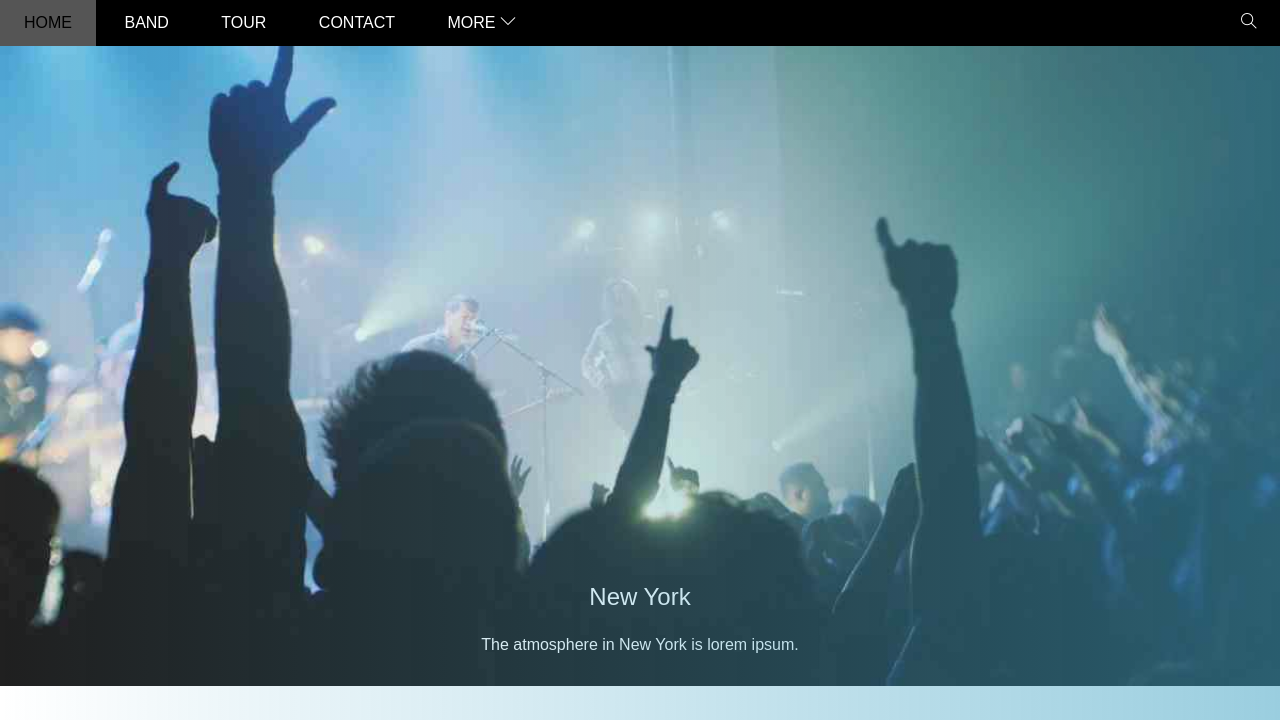
Repository: tung1233hhhhhhhhhhhhh/Website
Page: w3_band/index.html
These files come from the project's save history. The page is drawn as it stood at one moment and after the next save; the edit follows.
The browser window is 1280 px wide. The pictures show the window.
A layer covers the whole window, so only the first screen is drawn.

Above is the page before, as saved 2023-02-18 17:17:10.

After the next save:
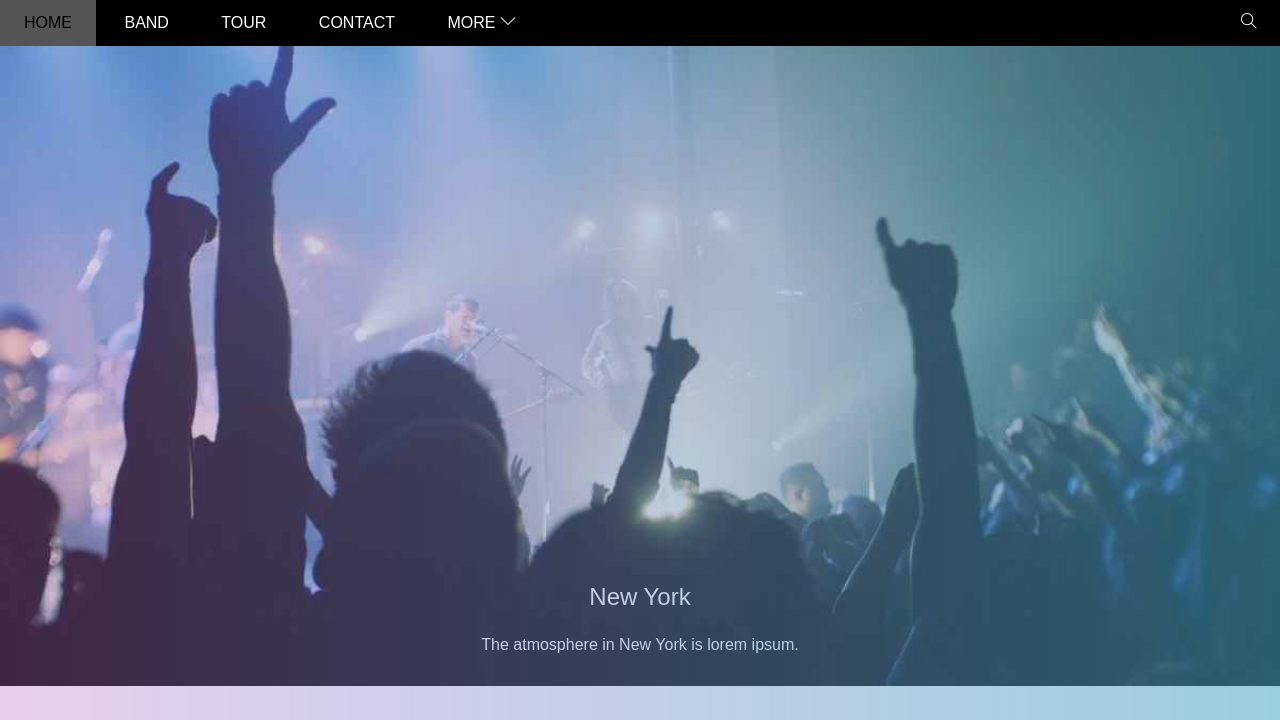
Saved 9 s later.
--- a/w3_band/assets/css/style.css
+++ b/w3_band/assets/css/style.css
@@ -401,6 +401,6 @@
     right: 0;
     bottom: 0;
 
-    background-image: linear-gradient(to right, rgba(140, 121, 121, 0), rgba(51, 156, 191, 0.495));
+    background-image: linear-gradient(to right, rgba(163, 57, 182, 0.245), rgba(51, 156, 191, 0.495));
     ;
 }
